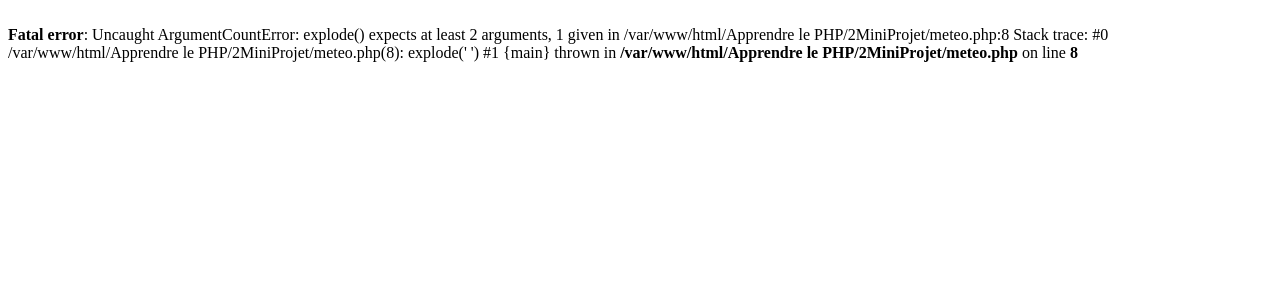
Repository: Alex-Serky/Back_End_PHP
Page: http://localhost/Apprendre le PHP/2MiniProjet/meteo.php
These files come from the project's save history. The page is drawn as it stood at one moment and after the next save; the edit follows.
The browser window is 1280 px wide. The pictures show the whole page.
The page is run by PHP 8.4 with error messages shown; the project is at /var/www/html/.

Above is the page before, as saved 2020-07-30 19:38:07.

After the next save:
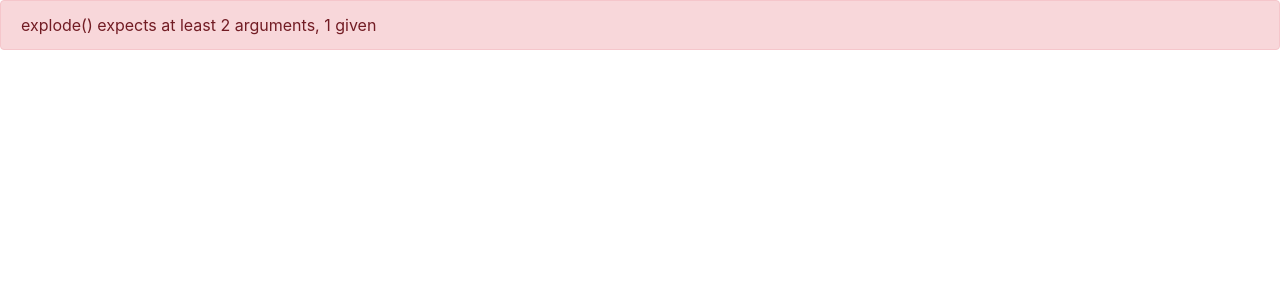
Saved 60 s later.
--- a/Apprendre le PHP/2MiniProjet/meteo.php
+++ b/Apprendre le PHP/2MiniProjet/meteo.php
@@ -10,7 +10,7 @@ try {
     $today = $weather->getToday('La Roche-sur-Yon,fr');
 } catch (Exception $e) {
     $error = $e->getMessage();
-} catch (Exception $e) {
+} catch (Error $e) {
     $error = $e->getMessage();
 }
 
